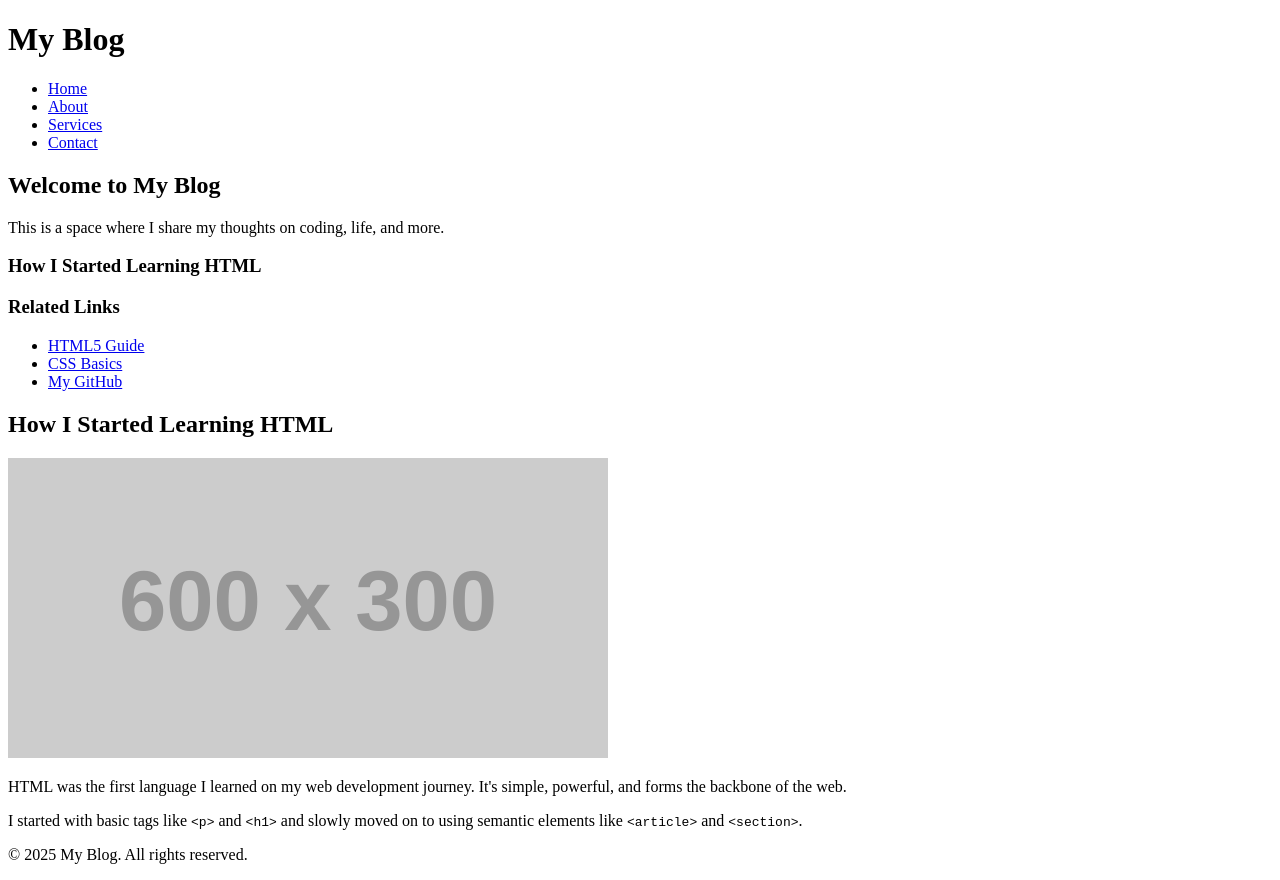
Repository: SainediAmbika/RecallingAll
Page: Angular Recalling/Blog Page/index.html
These files come from the project's save history. The page is drawn as it stood at one moment and after the next save; the edit follows.
The browser window is 1280 px wide. The pictures show the whole page.

Above is the page before, as saved 2025-05-19 11:22:17.

After the next save:
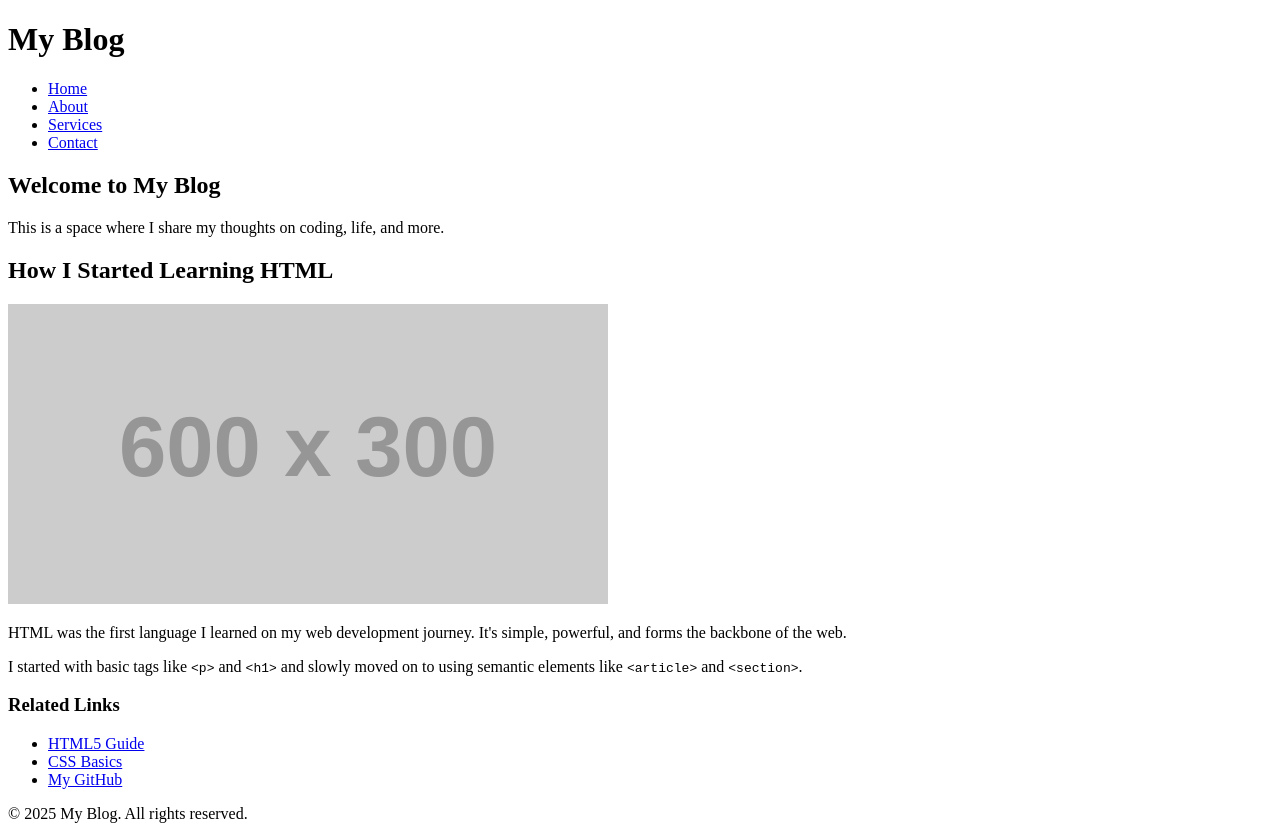
Saved 43 s later.
--- a/Angular Recalling/Blog Page/index.html
+++ b/Angular Recalling/Blog Page/index.html
@@ -29,8 +29,12 @@
         </section>
     </main>
     <article>
-        <h3>How I Started Learning HTML </h3>
-
+        <h2>How I Started Learning HTML</h2>
+        <img src="https://via.placeholder.com/600x300" alt="A person learning HTML on a laptop">
+        <p>HTML was the first language I learned on my web development journey. It's simple, powerful, and forms the
+            backbone of the web.</p>
+        <p>I started with basic tags like <code>&lt;p&gt;</code> and <code>&lt;h1&gt;</code> and slowly moved on to
+            using semantic elements like <code>&lt;article&gt;</code> and <code>&lt;section&gt;</code>.</p>
     </article>
 
     <aside>
@@ -43,14 +47,7 @@
 
     </ul>
 
-    <article>
-        <h2>How I Started Learning HTML</h2>
-        <img src="https://via.placeholder.com/600x300" alt="A person learning HTML on a laptop">
-        <p>HTML was the first language I learned on my web development journey. It's simple, powerful, and forms the
-            backbone of the web.</p>
-        <p>I started with basic tags like <code>&lt;p&gt;</code> and <code>&lt;h1&gt;</code> and slowly moved on to
-            using semantic elements like <code>&lt;article&gt;</code> and <code>&lt;section&gt;</code>.</p>
-    </article>
+
 
     <footer>
         <p>&copy; 2025 My Blog. All rights reserved.</p>
